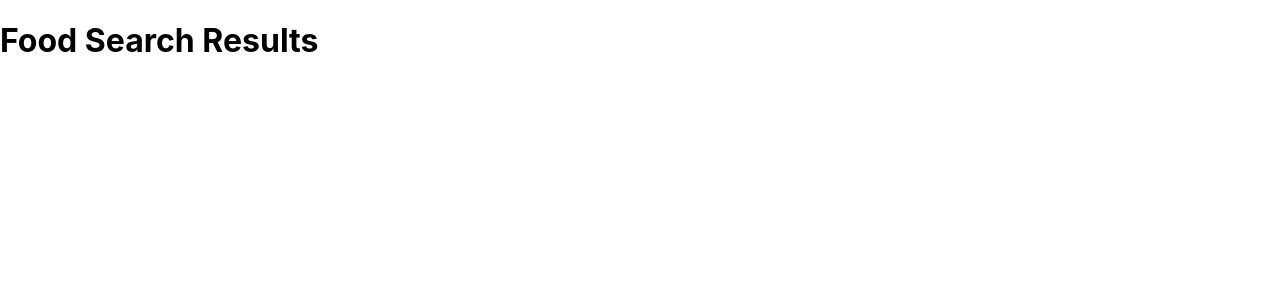
Repository: badhon252/Fullstack-Rect
Page: /
The author's editor kept a copy of each file at every save. The page is drawn from the files as they stood at one save, then again after the next save.
The browser window is 1280 px wide. The pictures show the whole page.
The page's requests for data from a server got no answer. The project was rebuilt for these pictures with package versions that can differ from the ones it lists, and the page was loaded fresh each time. No one was signed in, and anything a server would have sent is missing.

Above is the page before, as saved 2023-04-13 16:34:53.

### src/App.js
import React, { useState, useEffect } from "react";

function App() {
  const [foods, setFoods] = useState([]);
  console.log(foods);
  useEffect(() => {
    const fetchData = async () => {
      const response = await fetch(
        "https://api.spoonacular.com/food/search?query=apple&number=2&apiKey=YOUR_API_KEY"
      );
      const data = await response.json();
      setFoods(data.results);
    };

    fetchData();
  }, []);

  return (
    <div>
      <h1>Food Search Results</h1>
      <ul></ul>
    </div>
  );
}

export default App;

Loaded but not shown: public/index.html (common file); src/index.js (common file); src/index.css (common file); src/reportWebVitals.js (common file)

After the next save:
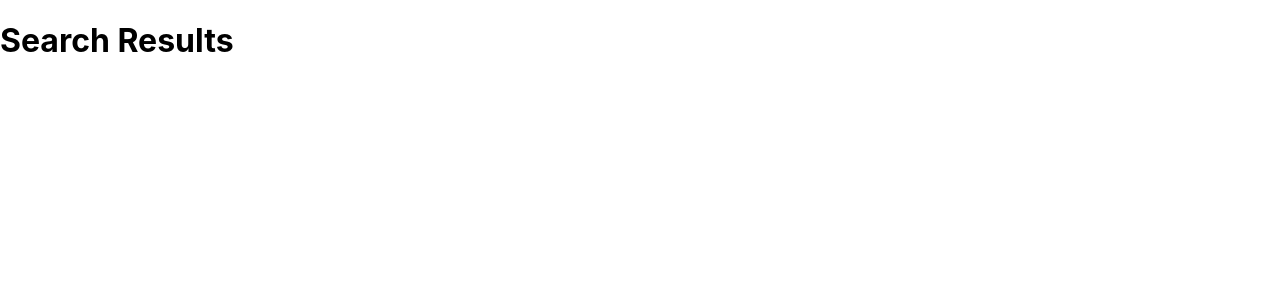
Saved 80 s later.
--- a/src/App.js
+++ b/src/App.js
@@ -1,15 +1,15 @@
 import React, { useState, useEffect } from "react";
 
 function App() {
-  const [foods, setFoods] = useState([]);
-  console.log(foods);
+  const [searchResults, setSearchResults] = useState([]);
+
   useEffect(() => {
     const fetchData = async () => {
       const response = await fetch(
-        "https://api.spoonacular.com/food/search?query=apple&number=2&apiKey=YOUR_API_KEY"
+        "https://api.spoonacular.com/food/search?apiKey=YOUR_API_KEY"
       );
       const data = await response.json();
-      setFoods(data.results);
+      setSearchResults(data.results);
     };
 
     fetchData();
@@ -17,8 +17,16 @@ function App() {
 
   return (
     <div>
-      <h1>Food Search Results</h1>
-      <ul></ul>
+      <h1>Search Results</h1>
+      <ul>
+        {searchResults.map((result) => (
+          <li key={result.id}>
+            <h2>{result.title}</h2>
+            <img src={result.image} alt={result.title} />
+            <p>{result.summary}</p>
+          </li>
+        ))}
+      </ul>
     </div>
   );
 }
